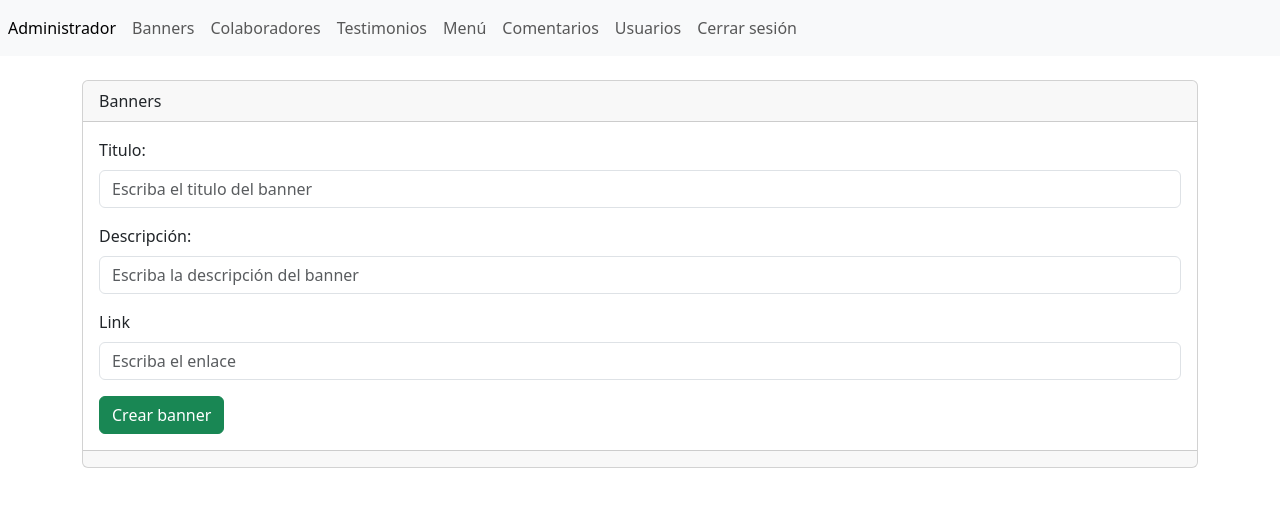
Repository: salextros/Restaurant-Project-PHP-MySQL
Page: http://localhost/restaurant/admin/seccion/banners/crear.php
An editor plug-in stored every save of this project. The page is shown before and after the next save, followed by the edit.
The browser window is 1280 px wide. The pictures show the whole page.
The page is run by PHP 8.4 with error messages shown; the project is at /var/www/html/.

Above is the page before, as saved 2026-01-19 20:51:42.

After the next save:
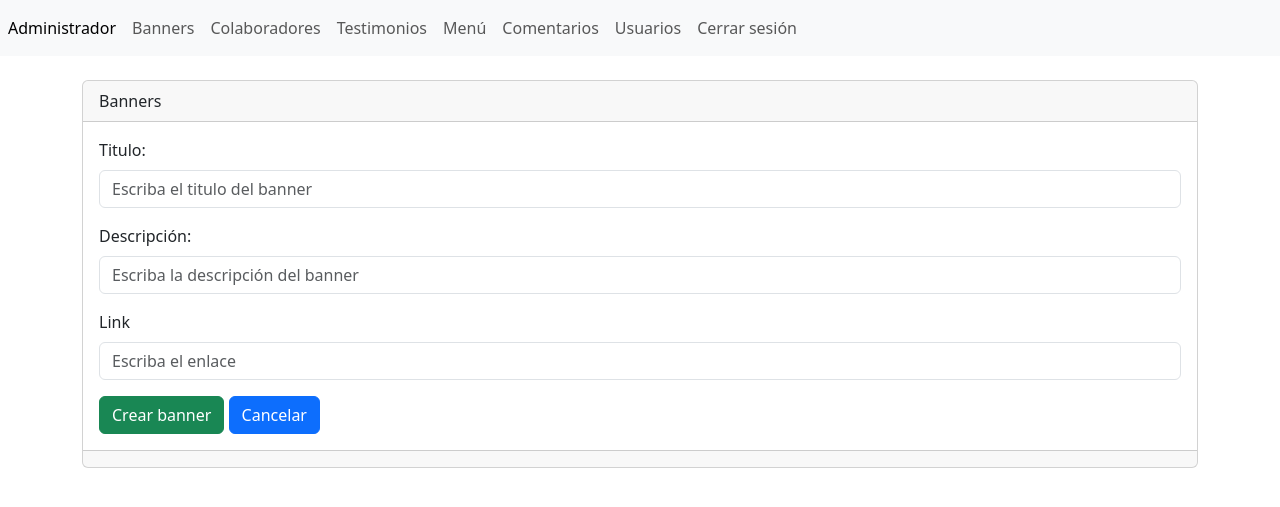
Saved 2 min 8 s later.
--- a/restaurant/admin/seccion/banners/crear.php
+++ b/restaurant/admin/seccion/banners/crear.php
@@ -26,6 +26,8 @@
     </div>
 
     <button type="submit" class="btn btn-success">Crear banner</button>
+    <a name="" id="" class="btn btn-primary" href="index.php" role="button">Cancelar</a>
+
 
     </form>
 
